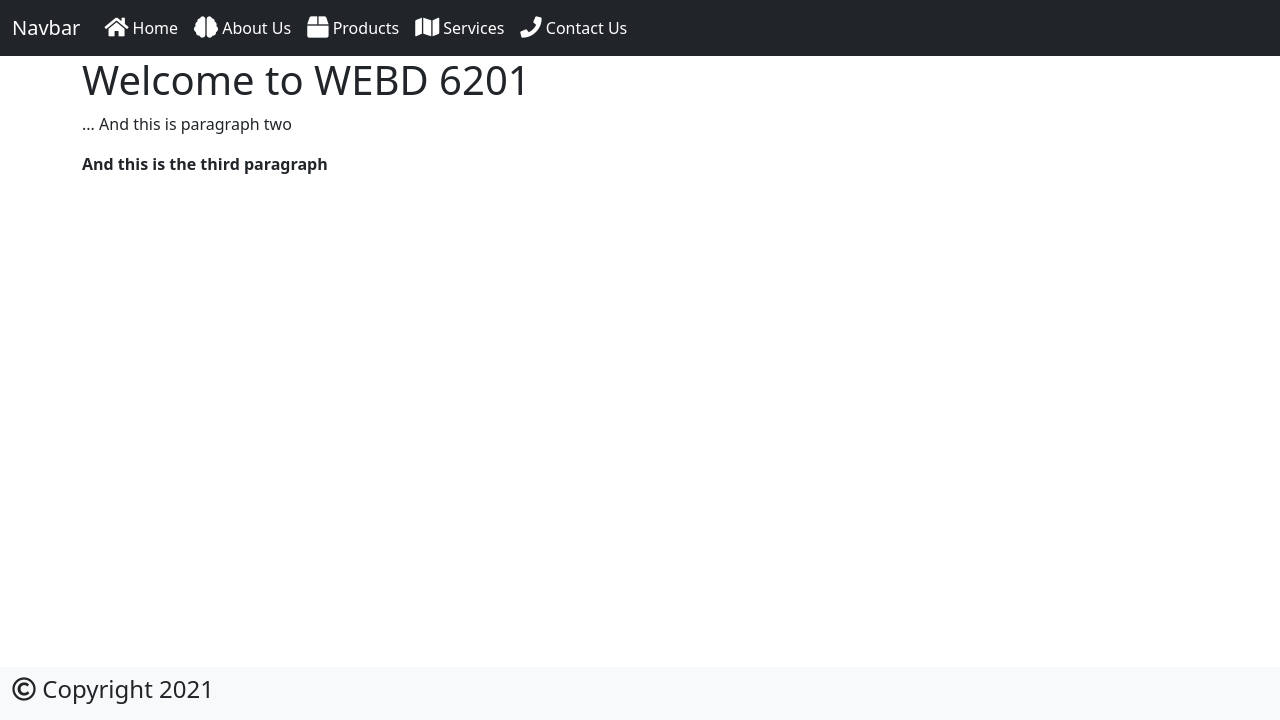
Repository: AshokSasi/WEBD6201-Week3
Page: index.html
An editor plug-in stored every save of this project. The page is shown before and after the next save, followed by the edit.
The browser window is 1280 px wide. The pictures show the whole page.

Above is the page before, as saved 2021-01-21 09:30:54.

After the next save:
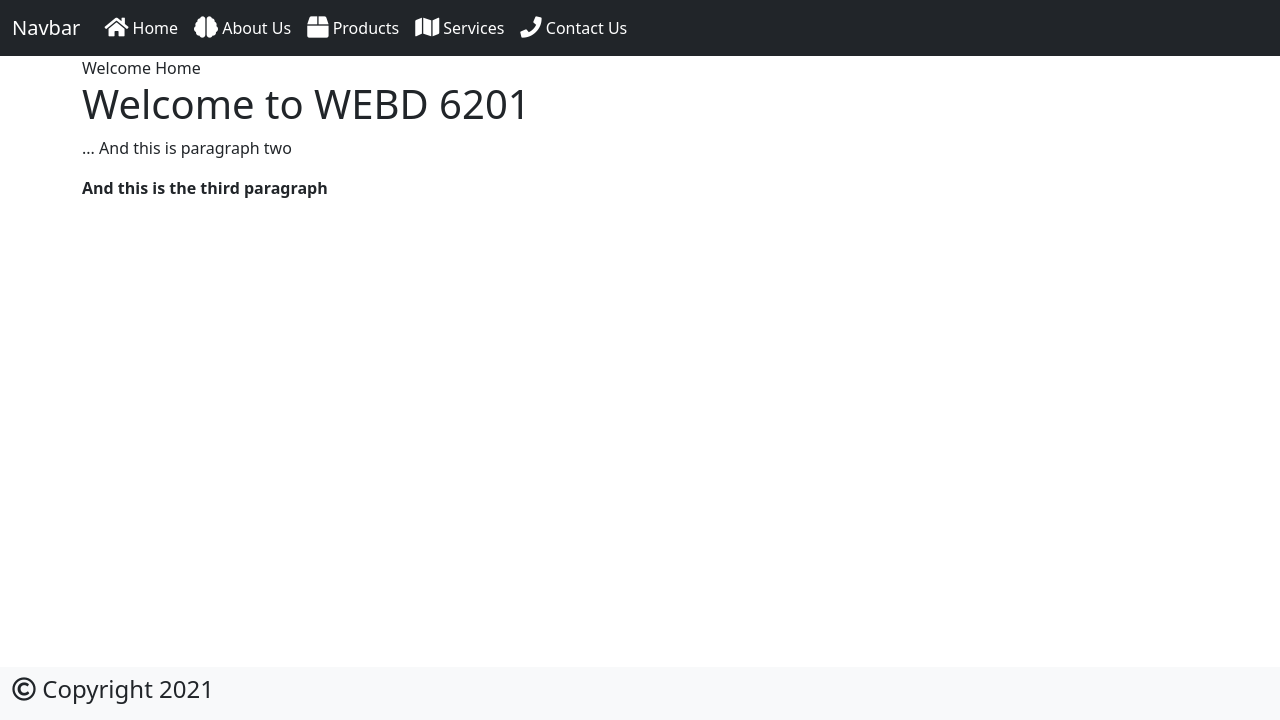
Saved 9 min 10 s later.
--- a/Scripts/app.js
+++ b/Scripts/app.js
@@ -41,7 +41,14 @@
       newParagraph.after(paragraphDiv);
 
       //delete elements
-      paragraphOneElement.remove();
+      //paragraphOneElement.remove();
+
+      //example of remove child
+      mainContent.removeChild(paragraphOneElement);
+
+      //update / modification
+      mainContent.firstChild.textContent = " Welcome Home";
+
 
     }
     window.addEventListener("load", Start);
